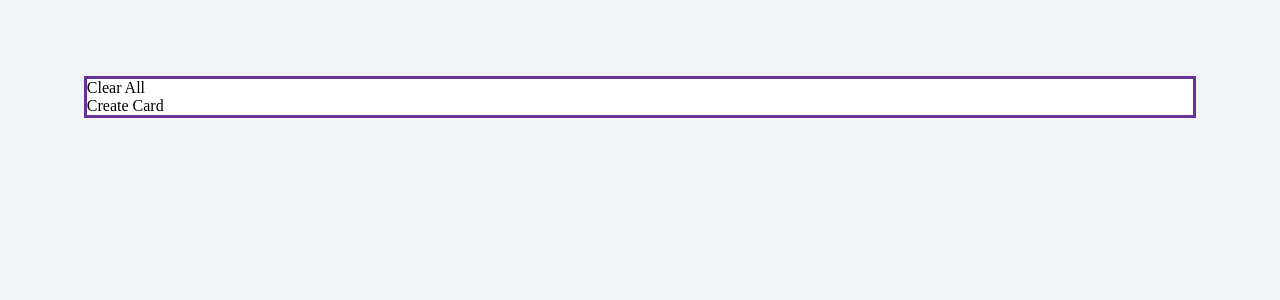
Repository: ReyhanehRahmani/TO-DO
Page: index.html
These files come from the project's save history. The page is drawn as it stood at one moment and after the next save; the edit follows.
The browser window is 1280 px wide. The pictures show the whole page.

Above is the page before, as saved 2025-06-07 22:07:49.

### index.html
<!DOCTYPE html>

<html lang="en">

    <head>

        <meta name="viewport" content="width=device-width, initial-scale=1.0" />

        <title>TO-DO</title>

        <link rel="icon" type="image/jpg" href="favicon.png">

        <link rel="stylesheet" href="style.css">

    </head>
    <body>
        <div id="main-card">
            <div id="content">
                <div id="title"></div>
                <div id="description"></div>
                <div id="buttons">
                    <div id="clear">Clear All</div>
                    <div id="creat">Create Card</div>
                </div>
            </div>
        </div>
    </body>

### style.css
body{
    background-color: #F2F4F7;
}



#main-card{
    margin-left: 6%;
    margin-right: 6%;
    margin-top: 6%;
    background-color: #FFFFFF;
    border: solid rebeccapurple;
}

After the next save:
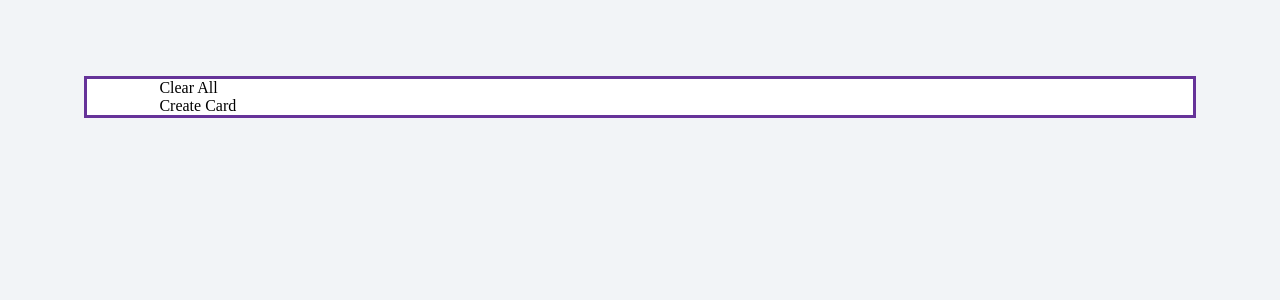
Saved 83 s later.
--- a/style.css
+++ b/style.css
@@ -11,3 +11,8 @@ body{
     background-color: #FFFFFF;
     border: solid rebeccapurple;
 }
+
+#content{
+    margin-right: 6.557377049%;
+    margin-left: 6.557377049%;
+}
